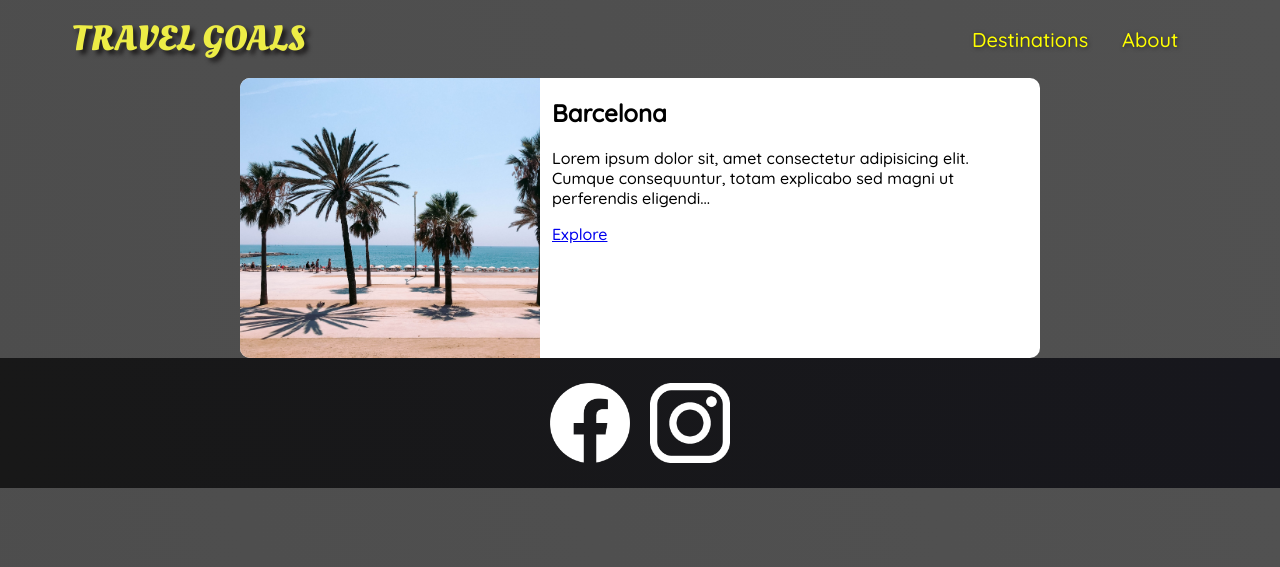
Repository: MicTomm/Travel-Goals
Page: places.html
These files come from the project's save history. The page is drawn as it stood at one moment and after the next save; the edit follows.
The browser window is 1280 px wide. The pictures show the whole page.

Above is the page before, as saved 2023-06-08 20:23:07.

### places.html
<!DOCTYPE html>
<html lang="it">

<head>
    <meta charset="UTF-8">
    <title>Travel Goals</title>
    <link rel="stylesheet"
        href="https://fonts.googleapis.com/css2?family=Raleway:wght@700&family=Oleo+Script:wght@700&family=Quicksand:wght@300;500&display=swap">
    <link href="/styles/shared.css" rel="stylesheet">
    <link href="/styles/places.css" rel="stylesheet">
</head>

<body>
    <header>
        <div id="logo">
            <a href="/index.html">Travel Goals</a>
        </div>
        <nav>
            <ul>
                <li><a href="/places.html">Destinations</a></li>
                <li><a href="">About</a></li>
            </ul>
        </nav>
    </header>
    <main>
        <ul>
            <li>
                <img src="images/places/barcelona.jpg" alt="Barcelona">
                <div class="card-content">
                    <h2>Barcelona</h2>
                    <p>Lorem ipsum dolor sit, amet consectetur adipisicing elit. Cumque consequuntur, totam explicabo sed magni ut perferendis eligendi...</p>
                    <div class="card-link">
                        <a href="https://en.wikipedia.org/wiki/Barcelona">Explore</a>
                    </div>
                </div>
            </li>
        </ul>
    </main>
    <footer>
        <ul>
            <li>
                <a href="https://www.facebook.com/" title="facebook">
                    <img src="/images/icons/facebook.png" alt="facebook-icon">
                </a>
            </li>
            <li>
                <a href="https://www.instagram.com/" title="instagram">
                    <img src="/images/icons/insta.png" alt="instagram-icon">
                </a>
            </li>
    </footer>
</body>

</html>

### styles/shared.css
body {
    margin: 0px;
    font-family: 'Quicksand', sans-serif;
}

ul {
    list-style: none;
    padding: 0px;
    margin: 0px;
}

header {
    display: flex;
    justify-content: space-between;
    align-items: center;
    padding: 15px 60px;
    position: absolute;
    width: 100%;
    top: 0;
    left: 0;
    box-sizing: border-box;
}

header ul {
    margin: 10px;
    display: flex;
    justify-content: space-between;
    width: 250px;
}

header li {
    width: 100px;
}

header a {
    color: yellow;
    text-decoration: none;
    font-size: 20px;
    padding: 12px;
    text-shadow: 1px 1px 4px rgba(0, 0, 0, 0.5);
}

header a:hover {
    background-color: yellow;
    box-shadow: 2px 2px 4px rgba(0, 0, 0, 0.5);
    color: rgb(67, 60, 60);
    text-shadow: 1px 1px 2px rgb(0, 0, 0, 0.5);
    border-radius: 8px;
}

footer{
    background: linear-gradient(70deg, rgb(24, 24, 24), rgb(23, 23, 29));
    padding: 25px;
}

footer ul{
    display: flex;
    justify-content: center;
}

footer li{
    width: 80px;
    height: 80px;
    margin: 0px 10px;
}

footer img{
    width: 100%;
    height: 100%;
}

#logo a {
    font-family: 'Oleo script', sans-serif;
    font-size: 35px;
    text-decoration: none;
    color: rgb(237, 237, 70);
    text-shadow: 4px 4px 4px rgb(31, 29, 29);
    text-transform: uppercase;
}

#logo a:hover {
    background-color: transparent;

}

### styles/places.css
body {
    background: linear-gradient(77deg, rgb(77, 77, 77), rgb(81, 81, 81));
}

/*
    position: static sovrascrive il comportamento impostato per l'header nel file shared.css, al fine
    di evitare la sovrapposizione delle prime card sull'header
*/
header {
    position: static;
}

main ul {
    width: 800px;
    margin: 0px auto;
}

main li {
    display: flex;
    background-color: white;
    border-radius: 10px;
    overflow: hidden;
}

main li img {
    height: 280px;
    width: 300px;
    object-fit: cover;
}

.card-content{
    margin: 0px 12px;
}

.card-link{
    text-decoration: none;
}

After the next save:
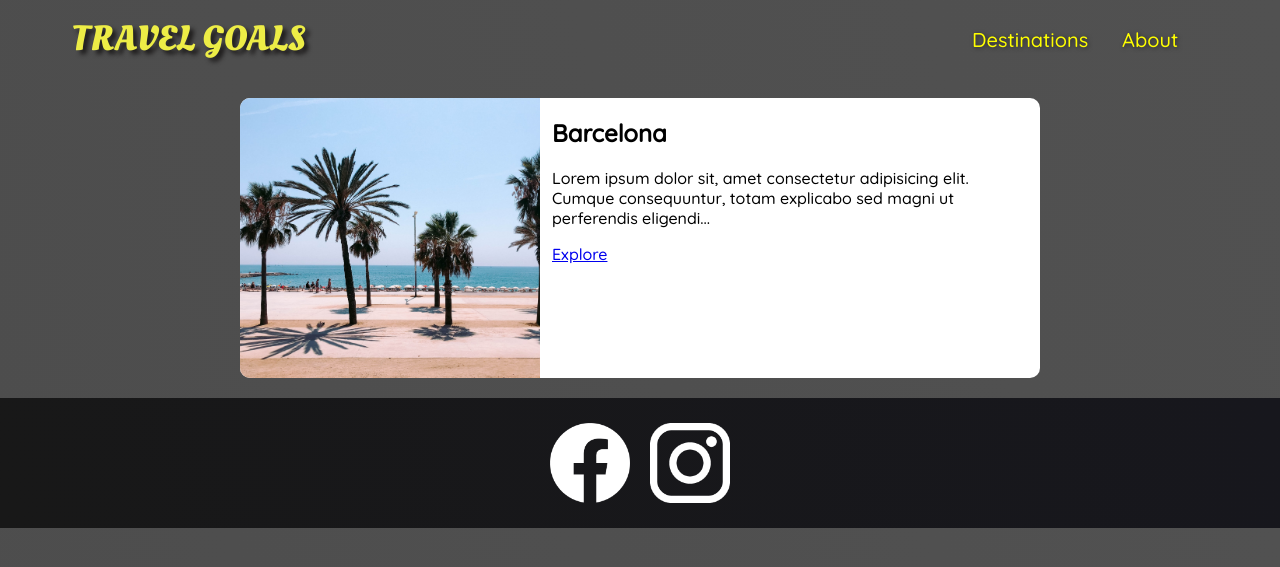
Saved 4 min 22 s later.
--- a/styles/places.css
+++ b/styles/places.css
@@ -12,7 +12,7 @@ header {
 
 main ul {
     width: 800px;
-    margin: 0px auto;
+    margin: 20px auto;
 }
 
 main li {
